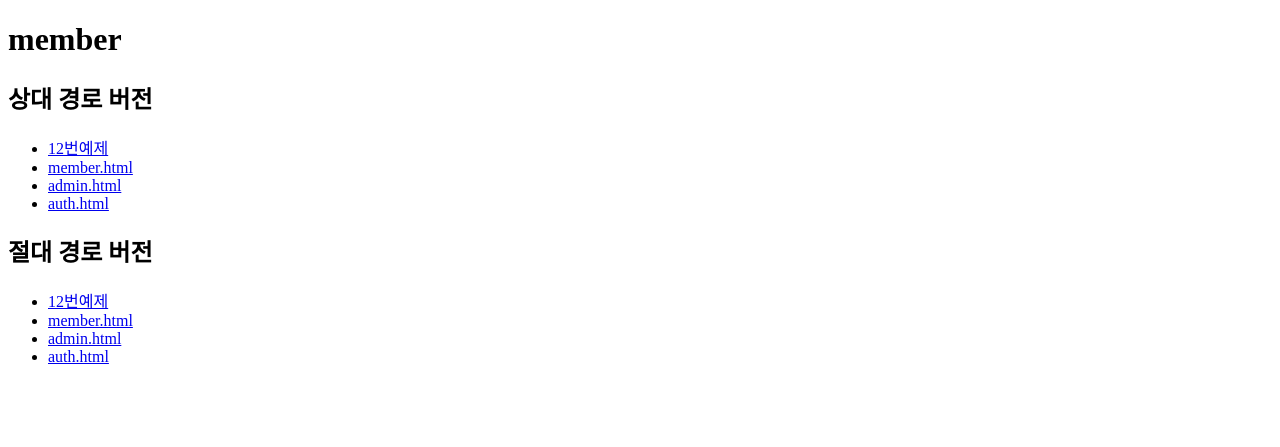
Repository: heoSuKyeong/client_Ssanyong
Page: ClientTest/src/main/webapp/html/member/member.html
An editor plug-in stored every save of this project. The page is shown before and after the next save, followed by the edit.
The browser window is 1280 px wide. The pictures show the whole page.

Above is the page before, as saved 2023-09-20 06:38:04.

After the next save:
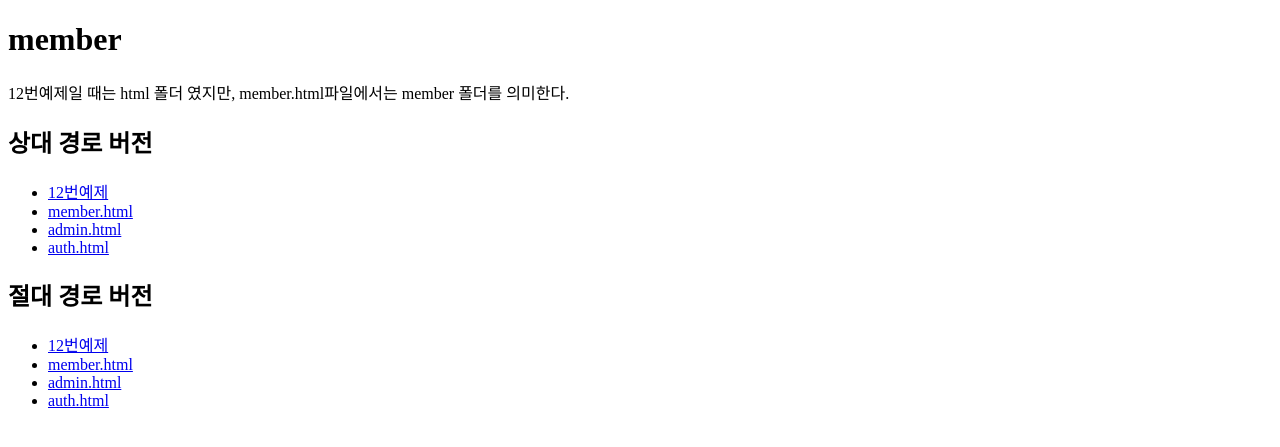
Saved 3 min 13 s later.
--- a/ClientTest/src/main/webapp/html/member/member.html
+++ b/ClientTest/src/main/webapp/html/member/member.html
@@ -10,13 +10,13 @@ webapp/html/member/member.html
  -->
 	<h1>member</h1>
 
-
+	12번예제일 때는 html 폴더 였지만, member.html파일에서는 member 폴더를 의미한다.
 	<h2>상대 경로 버전</h2>
 	<ul>
-		<li><a href="ex11_link.html">12번예제</a></li>
-		<li><a href="./member/member.html">member.html</a></li>
-		<li><a href="./admin/admin.html">admin.html</a></li>
-		<li><a href="./member/auth/auth.html">auth.html</a></li>
+		<li><a href="./../ex11_link.html">12번예제</a></li>
+		<li><a href="./../member/member.html">member.html</a></li>
+		<li><a href="./../admin/admin.html">admin.html</a></li>
+		<li><a href="./../member/auth/auth.html">auth.html</a></li>
 
 	</ul>
 
